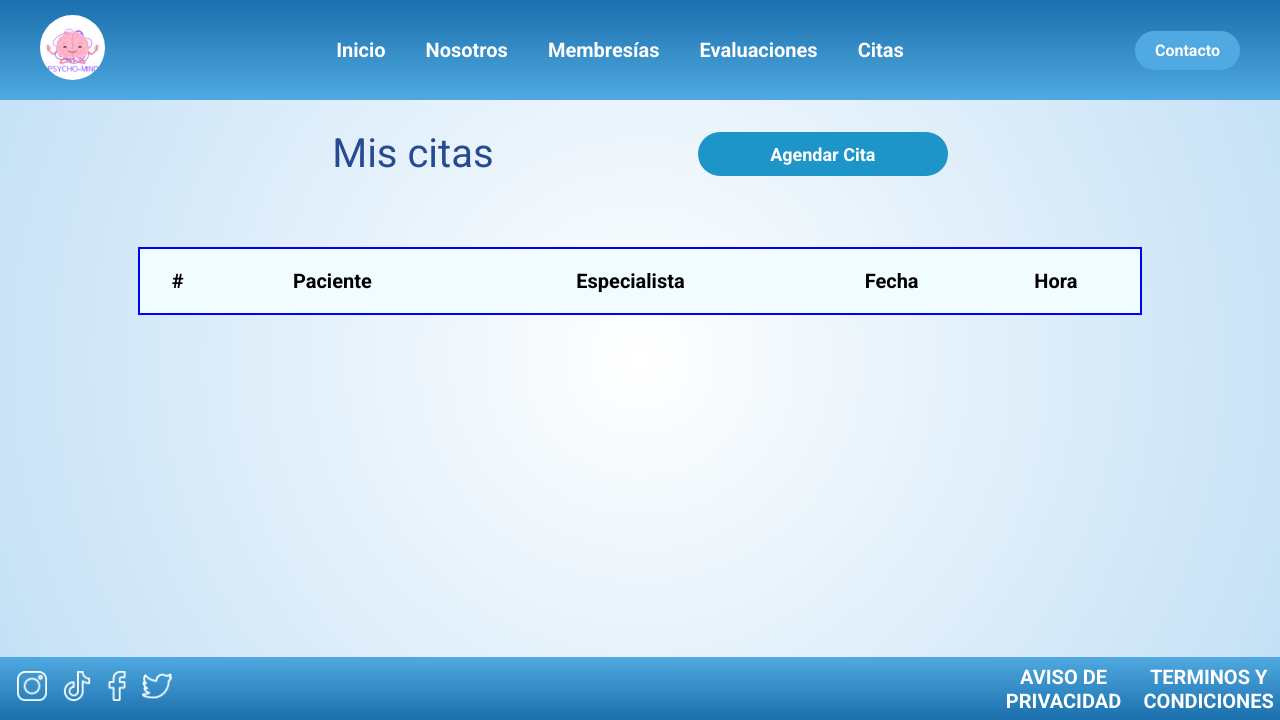
Repository: ChristianAvilesS/PsychoMind
Page: public/citas.html
An editor plug-in stored every save of this project. The page is shown before and after the next save, followed by the edit.
The browser window is 1280 px wide. The pictures show the whole page.
Some web fonts or font styles are not loaded; a fallback is used. Some web libraries are served in a nearby version.

Above is the page before, as saved 2025-04-20 18:49:22.

### public/citas.html
<!DOCTYPE html>
<html lang="en">
    <head>
        <meta charset="UTF-8" />
        <meta http-equiv="X-UA-Compatible" content="IE=edge" />
        <meta name="viewport" content="width=device-width, initial-scale=1.0" />
        <link rel="preconnect" href="https://fonts.googleapis.com" />
        <link rel="preconnect" href="https://fonts.gstatic.com" crossorigin />
        <link
            href="https://fonts.googleapis.com/css2?family=Climate+Crisis&family=Roboto:wght@300;500&display=swap"
            rel="stylesheet" />
        <link rel="stylesheet" href="assets/styles/styles_header_footer.css" />
        <link rel="stylesheet" href="assets/styles/styles_home.css" />
        <link rel="stylesheet" href="assets/styles/styles_citas.css" />
        <script src="https://kit.fontawesome.com/829f2fe815.js" crossorigin="anonymous"></script>
        <title>Psycho-Mind</title>
        <link rel="icon" href="favicon.ico" />
    </head>

    <body>
        <header class="header">
            <div class="navbar">
                <div class="logo"><img src="assets/images/logo.svg" alt="" /></div>
                <ul class="links">
                    <li><a href="index.html" class="var-link">Inicio</a></li>
                    <li><a href=" nosotros.html" class="var-link">Nosotros</a></li>
                    <li><a href="membresias.html" class="var-link">Membresías</a></li>
                    <li><a href="evaluaciones.html" class="var-link">Evaluaciones</a></li>
                    <li><a href="citas.html" class="var-link">Citas</a></li>
                </ul>
                <a href="contacto.html" class="action_btn var-link">Contacto</a>
                <div class="toggle_btn">
                    <i class="fa-solid fa-bars"></i>
                </div>
            </div>
            <div class="dropdown_menu">
                <li><a href="index.html" class="var-link">Inicio</a></li>
                <li><a href="nosotros.html" class="var-link">Nosotros</a></li>
                <li><a href="membresias.html" class="var-link">Membresías</a></li>
                <li><a href="evaluaciones.html" class="var-link">Evaluaciones</a></li>
                <li><a href="citas.html" class="var-link">Citas</a></li>
                <li><a href="contacto.html" class="action_btn var-link">Contacto</a></li>
            </div>
        </header>

        <main>
            <div class="container-flex">
                <div><h2>Mis citas</h2></div>
                <div>
                    <button>
                        <a class="boton-agendar var-link" href="agendar_cita.html">Agendar Cita</a>
                    </button>
                </div>
            </div>

            <div class="container">
                <table class="table table-striped">
                    <thead>
                        <tr>
                            <th scope="col">#</th>
                            <th scope="col">Paciente</th>
                            <th scope="col">Especialista</th>
                            <th scope="col">Fecha</th>
                            <th scope="col">Hora</th>
                        </tr>
                    </thead>
                    <tbody id="tbody"></tbody>
                </table>
            </div>
        </main>
    </body>
    <footer class="footer">
        <div id="redes">
            <a href="#">
                <img id="ig" src="assets/images/instagram.png" width="30px" alt="Instagram" />
            </a>
            <a href="#">
                <img id="tiktok" src="assets/images/tik-tok.png" width="30px" alt="TikTok" />
            </a>
            <a href="#">
                <img id="fb" src="assets/images/facebook.png" width="30px" alt="Facebook" />
            </a>
            <a href="#">
                <img id="twitter" src="assets/images/twitter.png" width="30px" alt="Twitter" />
            </a>
        </div>
        <div id="privacidad-terminos">
            <a href="#" id="privacidad">AVISO DE PRIVACIDAD</a>
            <a href="#">TERMINOS Y CONDICIONES</a>
        </div>
    </footer>

    <!--JAVASCRIPT-->
    <script src="assets/javascript/header.js"></script>
    <script src="assets/javascript/citas.js"></script>
    <script src="assets/javascript/sessions.js"></script>
</html>

### public/assets/styles/styles_header_footer.css
@import url('https://fonts.googleapis.com/css2?family=Roboto:ital,wght@0,100;0,300;0,400;0,500;0,700;0,900;1,100;1,300;1,400;1,500;1,700;1,900&display=swap');

* {
    box-sizing: border-box;
    padding: 0;
    margin: 0;
    font-family: 'Roboto', sans-serlf;
    font-size: 20px;
}

/*HEADER NAVBAR*/
.header {
    position: relative;
    padding: 1rem 2rem;
    /* background-color: #1A6FAC; */
    background-image: linear-gradient(to bottom, #1a6fac, #50a9e0);
}

li {
    list-style: none;
}

a {
    font-weight: 700;
    text-decoration: none;
    color: #fff;
    font-size: 1rem;
}

.header .navbar a:hover {
    color: #7FD8E6;
}


.navbar {
    width: 100%;
    height: 60px;
    max-width: 1200px;
    margin: 0 auto;
    display: flex;
    align-items: center;
    justify-content: space-between;
}

.navbar .logo a {
    font-size: 1.5rem;
    font-weight: bold;
}


.navbar .links {
    display: flex;
    gap: 2rem;
}

.header .navbar .toggle_btn {
    color: #fff;
    font-size: 1.5rem;
    cursor: pointer;
    display: none;
}

.action_btn {
    background-color: #50a9e0;
    color: #fff;
    padding: 0.5rem 1rem;
    border: none;
    outline: none;
    border-radius: 20px;
    font-size: 0.8rem;
    font-weight: bold;
    cursor: pointer;
}

.action_btn:hover {
    scale: 1.05;
    background-color: #274B92;
}

.action_btn:active {
    scale: 0.95;
}

/*DROPDOWN MENU*/
.dropdown_menu {
    position: absolute;
    z-index: 5;
    right: 2rem;
    top: 60px;
    height: 0;
    width: 300px;
    background: rgba(255, 255, 255, 0.1);
    backdrop-filter: blur(15px);
    border-radius: 10px;
    overflow: hidden;
    display: none;
    transition: height .2s cubic-bezier(0.175, 0.885, 0.32, 1.275);
}

.dropdown_menu.open {
    height: 265px;
}

.dropdown_menu li {
    padding: 0.7rem;
    display: flex;
    align-items: center;
    justify-content: center;
}

.dropdown_menu .action_btn {
    width: 100%;
    display: flex;
    justify-content: center;
}


/*RESPONSIVE DESIGN*/

@media (max-width: 1024px) {
    #redes {
        margin-bottom: 1.5%;
    }
}

@media (max-width: 992px) {

    .navbar .links,
    .navbar .action_btn {
        display: none;
    }

    .header .navbar .toggle_btn,
    .dropdown_menu {
        display: block;
    }

    .dropdown_menu a {
        text-decoration: none;
        color: #000;
        /*PARA QUE SE VEA MÁS ESTETICOO*/
        font-size: 1rem;
    }


}

body {
    min-height: 100vh;
    display: flex;
    flex-direction: column;
    background-image: radial-gradient(circle, #fff, #c2dff5);
}

main {
    flex-grow: 1;
}

/*FOOTER*/
.footer {
    /* background-color: #1A6FAC; */
    background-image: linear-gradient(to top, #1a6fac, #50a9e0);
    color: #fff;
    padding: 7.5px 0;
    display: flex;
    justify-content: center;
    flex-wrap: wrap;
    gap: 65%;
}

#redes img {
    width: 30px;
    height: 30px;
    filter: invert(100%);
}

#redes {
    display: flex;
    align-items: center;
    /* margin-left: 30px; */
    /* margin-right: 50%; */
}

#ig {
    margin-right: 15px;
}

#redes img:hover {
    animation-name: img-hover;
    animation-duration: 0.85s;
    animation-iteration-count: infinite;
    animation-timing-function: linear;
}

@keyframes img-hover {
    50% {
        transform: scale(1.2);
    }

    100% {
        transform: scale(1);
    }
}


#tiktok {
    margin-right: 10px;
}

#fb {
    margin-right: 10px;
}

#privacidad-terminos {
    color: #FFF;
    text-align: center;
    font-family: Roboto;
    font-size: 13.5px;
    font-style: normal;
    font-weight: 700;
    line-height: normal;
    display: flex;
    align-items: center;
    gap: 20px;
    /* width: 10%; */
}

#privacidad-terminos a {
    display: flex;
    width: 120px;
    /* padding-right: 20px; */
}

#logo {
    margin: 0 0 0 35.5px;
}

### public/assets/styles/styles_home.css
* {
    padding: 0;
    margin: 0;
    font-family: 'Roboto', sans-serlf;
}

main {
    display: flex;
    flex-direction: column;
    align-items: center;
    gap: 60px;
    margin: 30px 0;
    position: relative;
}

h1 {
    color: #274B92;
    font-family: Roboto;
    font-size: 75px;
    font-style: normal;
    font-weight: 700;
    /* margin: 30px 0 5% 0; */
}

h2 {
    color: #274B92;
    text-align: center;
    font-family: Roboto;
    font-size: 40px;
    font-style: normal;
    font-weight: 400;
    /* margin: 0 0 6.5% 0; */
}

h3 {
    color: #1D95C8;
    text-align: center;
    font-family: Roboto;
    font-size: 35px;
    font-style: italic;
    font-weight: 300;
}

button {
    border-radius: 11px;
    background: #1D95C8;
    width: 20%;
    min-width: 250px;
    padding: 1% 2.5%;
    /* height: 73px; */
    /* margin: 6% 0 0 42.5%; */
}

button a {
    color: #FFF;
    text-align: center;
    font-family: Roboto;
    font-size: 35px;
    font-style: normal;
    font-weight: 700;
    text-decoration: none;
}

#register {
    width: 100%;
    font-size: 25px;
    /* margin: 1% 0 30px 39.9%; */
}

h2 a {
    text-decoration: none;
    font-family: Roboto;
    color: #274B92;
    font-style: italic;
    font-weight: bold;
    font-size: 25px;
}

#welcome {
    /* width: 729px; */
    width: 40%;
    /* margin: 0 5% 0 31%; */
}

#lema {
    /* width: 750px; */
    width: 40%;
    /* margin: 3% 5% 0 31%; */

}

#img1 {
    position: absolute;
    top: 5%;
    left: 0%;
    width: 12%;
}

#img2 {
    position: absolute;
    bottom: 0%;
    left: 0%;
    width: 20%;
}

#img3 {
    width: 12%;
    position: absolute;
    top: 5%;
    right: 0%;
}

#img4 {
    width: 20%;
    position: absolute;
    right: 0%;
    bottom: 0%;
}

#img1,
#img2,
#img3,
#img4 {
    animation-name: aparecer;
    animation-duration: 1.25s;
    animation-timing-function: linear;
}

.descargas h2 {
    color: #1281b7;
    font-weight: 520;
}

.descargas-img {
    margin-top: 5%;
    display: flex;
    justify-content: center;
    align-items: center;
    gap: 10%;
}

.descargas-img img {
    width: 35%;
    object-fit: contain;
}

@keyframes aparecer {
    0% {
        opacity: 0;
    }

    100% {
        opacity: 1;
    }
}


@media (max-width: 375px) {
    h1 {
        font-size: 35px !important;
    }

    h2 {
        font-size: 25px !important;
    }

    h3 {
        font-size: 22.5px !important;

    }
}


@media (max-width: 620px) {
    h1 {
        font-size: 45px;
    }

    h2 {
        font-size: 35px;
        width: 100%;
    }

    h3 {
        font-size: 25px;
        width: 90% !important;
    }

    button a {
        font-size: 25px;
    }

    #register {
        font-size: 20px;
        width: 100%;
    }

    #img1,
    #img3,
    #img2,
    #img4 {
        display: none;
    }

    /*     #img1,
    #img3 {
        z-index: -10;
        width: 30%;
        top: 50%;
    } */
}

@media (max-width: 768px) {
    h2 {
        width: 100% !important;
    }

    #img2,
    #img4 {
        display: none;
    }

    #img1,
    #img3 {
        z-index: -10;
        width: 22.5%;
        top: 50%;
    }
}

### public/assets/styles/styles_citas.css
div.container-flex {
    width: 80%;
    display: flex;
	flex-flow: row wrap;
	justify-content: space-evenly; /*
    start: default (izquierda), flex-end: derecha, space-between: centrado pero con espacio entre elementos,
    center: centrado, space-around: mismo que between pero con espacio a los costados, space-evenly: deja el mismo espacio en todas partes
     */
	align-items: center; /* flex-start: parte superior sin estirar, center: al centro, stretch: estirar, baseline: si los elementos tienen
    diferente altura, se alínean a partir de una altura central de los textos */
    align-content: center; /* alinea de manera vertical, mismo que align-items */
}

div.container {
    width: 80%;
    display: block;
    padding: 10px;
}

div.container-center {
    width: 100%;
    display: flex;
    justify-content: center;
}

button {
    border: 0;
    border-radius: 30px;
    padding: 0.5em 1em;
}

a.boton-agendar {
    font-size: 18px;
}

table {
	caption-side: bottom;
	border-collapse: separate;
    border-spacing: 20px;
    background: rgb(240, 252, 255);
    border: 2px solid blue;
}

.table {
	width: 100%;
	margin-bottom: 1rem;
	vertical-align: top;
}

td {
    text-align: center;
}

.mb-3 {
    margin-bottom: 1rem !important;
}

form {
    width: 60%;
}

.form-label {
	margin-bottom: 0.5rem;
}

.form-control {
	display: block;
	width: 100%;
	padding: 0.375rem 0.75rem;
    margin: 5px 0;
	font-size: 1rem;
	font-weight: 400;
	line-height: 1.5;
	background-color: white;
	background-clip: padding-box;
	border: 1px solid rgb(77, 77, 77);
	border-radius: 10px;
	transition: border-color 0.15s ease-in-out, box-shadow 0.15s ease-in-out;
}

button:hover {
    background: #2ea2d3;
    border: 2px black solid;
}

### public/assets/javascript/header.js
const toggleBtn = document.querySelector('.toggle_btn');
const toggleBtnIcon = document.querySelector('.toggle_btn i');
const dropDownMenu = document.querySelector('.dropdown_menu');

toggleBtn.addEventListener('click', function () {
    dropDownMenu.classList.toggle('open');
    const isOpen = dropDownMenu.classList.contains('open');

    toggleBtnIcon.classList = isOpen ? 'fa-solid fa-xmark' : 'fa-solid fa-bars';
});

### public/assets/javascript/citas.js
var idUsuario = 0;
const queryString2 = window.location.search;
const params2 = {};
queryString2.split('&').forEach((pair) => {
    const [key, value] = pair.split('=');
    params2[key] = decodeURIComponent(value);
});
if (Object.keys(params2).indexOf('?id') !== -1) {
    idUsuario = parseInt(params2['?id']);
}

function llenarTablaCitas() {
    if (idUsuario === 0) return;
    fetch('assets/javascript/data/citas.json')
        .then((response) => response.json())
        .then((value) => {
            const tbody = document.getElementById('tbody');
            var contador = 1;
            for (var cita of value) {
                if (idUsuario !== cita.idUsuario) continue;
                let tr = document.createElement('tr');
                let th = document.createElement('th');
                th.innerHTML = contador.toString();
                th.scope = 'row';
                let td1 = document.createElement('td');
                td1.innerHTML = cita.paciente;
                let td2 = document.createElement('td');
                td2.innerHTML = cita.especialista;
                let td3 = document.createElement('td');
                td3.innerHTML = cita.fecha;
                let td4 = document.createElement('td');
                td4.innerHTML = cita.hora;
                tr.append(th);
                tr.append(td1);
                tr.append(td2);
                tr.append(td3);
                tr.append(td4);
                contador += 1;
                tbody.append(tr);
            }
            if (Object.keys(params2).length > 1) {
                let tr = document.createElement('tr');
                let th = document.createElement('th');
                th.innerHTML = contador.toString();
                th.scope = 'row';
                let td1 = document.createElement('td');
                td1.innerHTML = params2['paciente'].replaceAll("+", " ");
                let td2 = document.createElement('td');
                td2.innerHTML = params2['especialista'].replaceAll("+", " ");
                let td3 = document.createElement('td');

                let horarioParam = params2['horario'].replace("+", " ").split(" ");

                td3.innerHTML = horarioParam[0];
                let td4 = document.createElement('td');
                td4.innerHTML = horarioParam[1].replaceAll("+", " ");;
                tr.append(th);
                tr.append(td1);
                tr.append(td2);
                tr.append(td3);
                tr.append(td4);
                tbody.append(tr);
            }
        });
}

llenarTablaCitas();

### public/assets/javascript/sessions.js
var idUsuario = 0;
const queryString = window.location.search;
const params = {};
queryString.split('&').forEach((pair) => {
    const [key, value] = pair.split('=');
    params[key] = decodeURIComponent(value);
});
if (Object.keys(params).indexOf('?id') !== -1) {
    idUsuario = parseInt(params['?id']);
}

function ocultarElementos() {
    const ocultables = document.getElementsByClassName('hideable');
    for (var elem of ocultables) {
        if (idUsuario !== 0) {
            elem.hidden = true;
        }
    }
}

function ocultarEvaluaciones() {
    if (idUsuario === 0) return;
    fetch('assets/javascript/data/usuarios.json')
        .then((response) => response.json())
        .then((value) => {
            const ocultables = document.getElementsByClassName('hideable-membership');
            let membresia = '';
            for (var u of value) {
                if (u.idUsuario === parseInt(idUsuario)) {
                    membresia = u.tipoMembresia;
                    break;
                }
            }

            var minimos = ['Gratuito', 'Gratuito', 'Platino', 'Platino'];

            for (var elem of ocultables) {
                elem.hidden = true;
                var minimo = minimos[parseInt(elem.id.substring(1)) - 1];
                console.log(minimo);
                if (minimo === 'Gratuito') {
                    elem.hidden = false;
                } else if (
                    minimo !== 'Gratuito' &&
                    (membresia === 'Platino' || membresia === 'Golden')
                ) {
                    elem.hidden = false;
                } else if (minimo === 'Golden' && membresia === 'Golden') {
                    elem.hidden = false;
                }
            }
        });
}

function agregarParametros() {
    if (idUsuario === 0) return;
    var links = document.getElementsByClassName('var-link');
    for (var elem of links) {
        elem.href += '?id=' + params['?id'];
    }
}

ocultarElementos();
ocultarEvaluaciones();
agregarParametros();

After the next save:
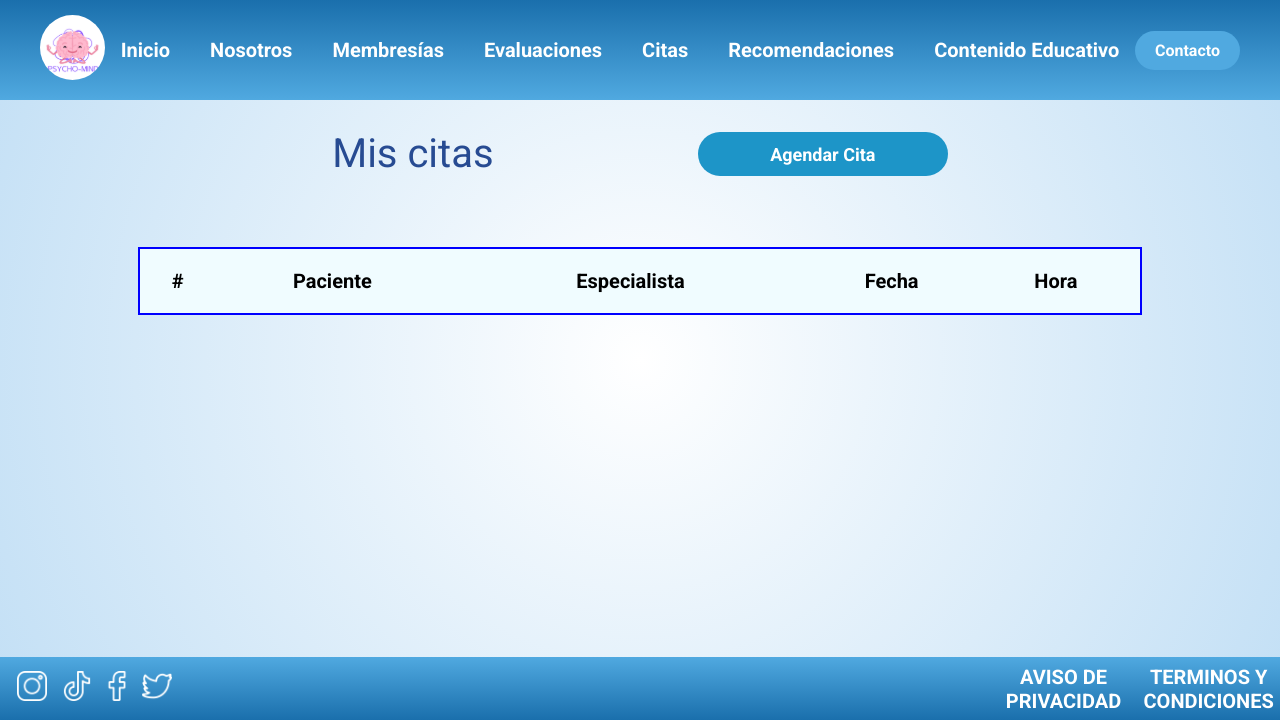
Saved 19 s later.
--- a/public/citas.html
+++ b/public/citas.html
@@ -27,6 +27,8 @@
                     <li><a href="membresias.html" class="var-link">Membresías</a></li>
                     <li><a href="evaluaciones.html" class="var-link">Evaluaciones</a></li>
                     <li><a href="citas.html" class="var-link">Citas</a></li>
+                    <li><a href="recomendaciones.html" class="var-link">Recomendaciones</a></li>
+                    <li><a href="contenidoEducativo.html" class="var-link">Contenido Educativo</a></li>
                 </ul>
                 <a href="contacto.html" class="action_btn var-link">Contacto</a>
                 <div class="toggle_btn">
@@ -39,6 +41,8 @@
                 <li><a href="membresias.html" class="var-link">Membresías</a></li>
                 <li><a href="evaluaciones.html" class="var-link">Evaluaciones</a></li>
                 <li><a href="citas.html" class="var-link">Citas</a></li>
+                <li><a href="recomendaciones.html" class="var-link">Recomendaciones</a></li>
+                <li><a href="contenidoEducativo.html" class="var-link">Contenido Educativo</a></li>
                 <li><a href="contacto.html" class="action_btn var-link">Contacto</a></li>
             </div>
         </header>
